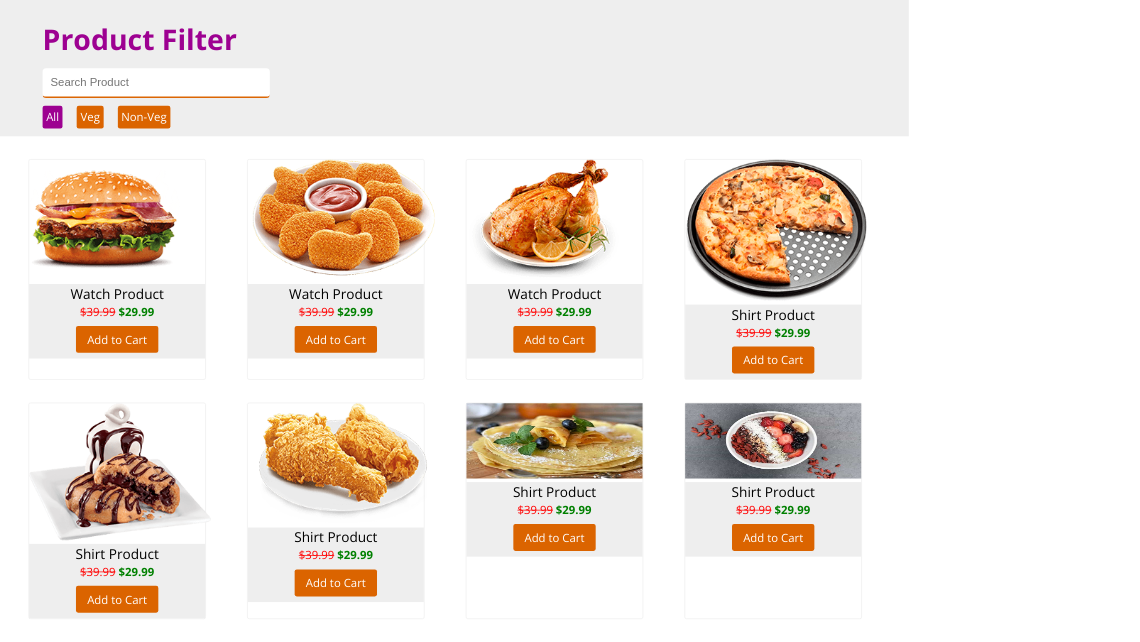
Repository: Shreya200012/FoodBox
Page: foodWeb/src/main/webapp/filter.html
The author's editor kept a copy of each file at every save. The page is drawn from the files as they stood at one save, then again after the next save.
The browser window is 1280 px wide. The page is 1280 px wide, then 1605 px, so the pictures cover 1605 px, including what lies to the right of the window. The pictures show the whole page, at 71% of full size.
Some web libraries are served in a nearby version.

Above is the page before, as saved 2022-06-13 05:47:19.

After the next save:
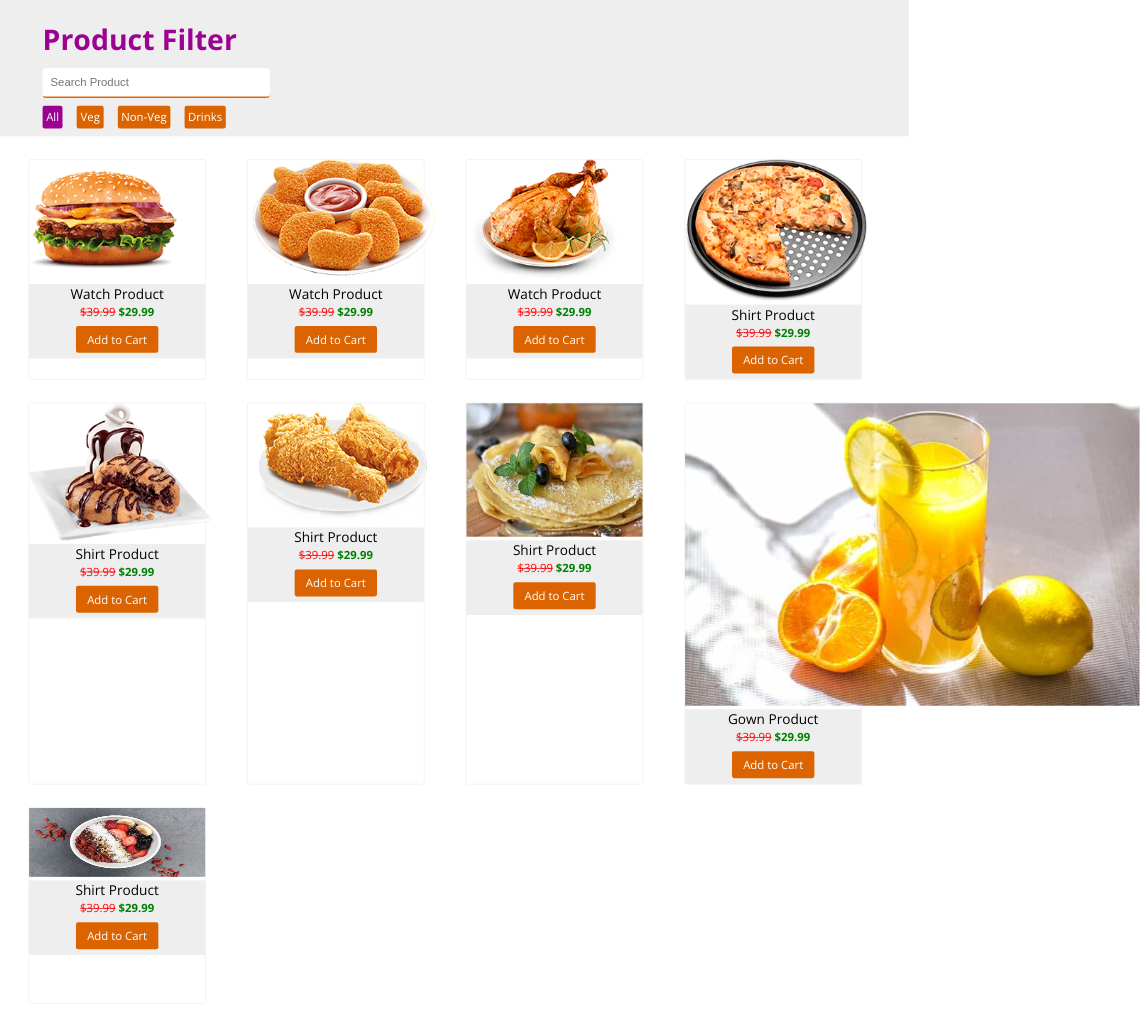
Saved 118 s later.
--- a/foodWeb/src/main/webapp/filter.html
+++ b/foodWeb/src/main/webapp/filter.html
@@ -22,6 +22,7 @@
                 <a href="#" class="btn active" data-filter="all">All</a>
                 <a href="#" class="btn" data-filter="watch">Veg</a>
                 <a href="#" class="btn" data-filter="shirt">Non-Veg</a>
+                 <a href="#" class="btn" data-filter="gown">Drinks</a>
                 <!-- <a href="#" class="btn" data-filter="gown">Gown</a>
                 <a href="#" class="btn" data-filter="jewelry">Jewelry</a>-->
             </div>
@@ -89,6 +90,14 @@
                 <a href="#">Add to Cart</a>
             </div>
         </div>
+        <div class="store-product gown">
+            <img src="images/menu-9.jpg" alt="">
+            <div class="product-details">
+                <h2>Gown Product</h2>
+                <p> <span>$39.99</span> $29.99</p>
+                <a href="#">Add to Cart</a>
+            </div>
+        </div>
         <div class="store-product shirt">
             <img src="images/menu-8.jpg" height="35%" width="100%"  alt="">
             <div class="product-details">
